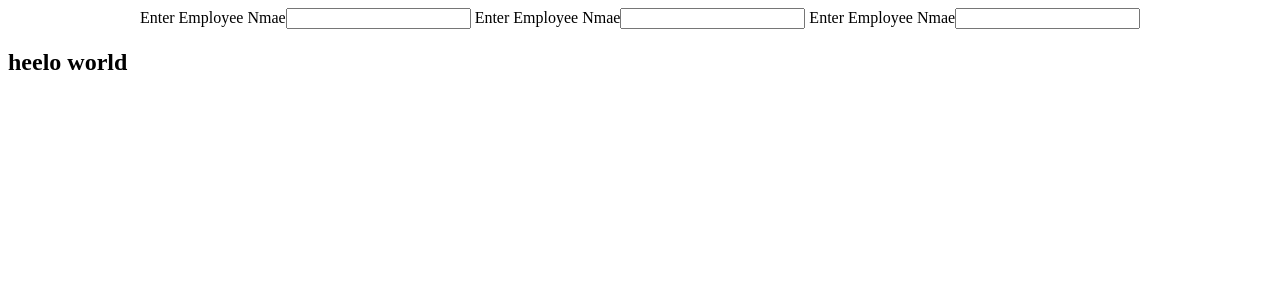
Repository: Mahaboobs/subhani1
Page: http://localhost/DreaamProject/employee.jsp
The author's editor kept a copy of each file at every save. The page is drawn from the files as they stood at one save, then again after the next save.
The browser window is 1280 px wide. The pictures show the whole page.
The page is served by Tomcat 9.

Above is the page before, as saved 2016-12-19 06:42:05.

After the next save:
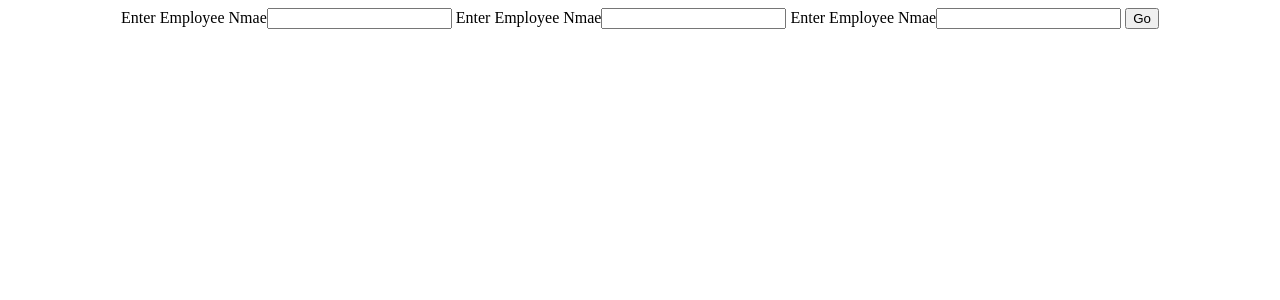
Saved 94 s later.
--- a/DreaamProject/WebContent/employee.jsp
+++ b/DreaamProject/WebContent/employee.jsp
@@ -13,8 +13,7 @@
 Enter Employee Nmae<input type="text" name="EmployeeName">
 Enter Employee Nmae<input type="text" name="EmployeeSalry">
 
-
+<input type="Submit" value="Go">
 </center>
-<h2>heelo world</h2>
 </body>
 </html>
